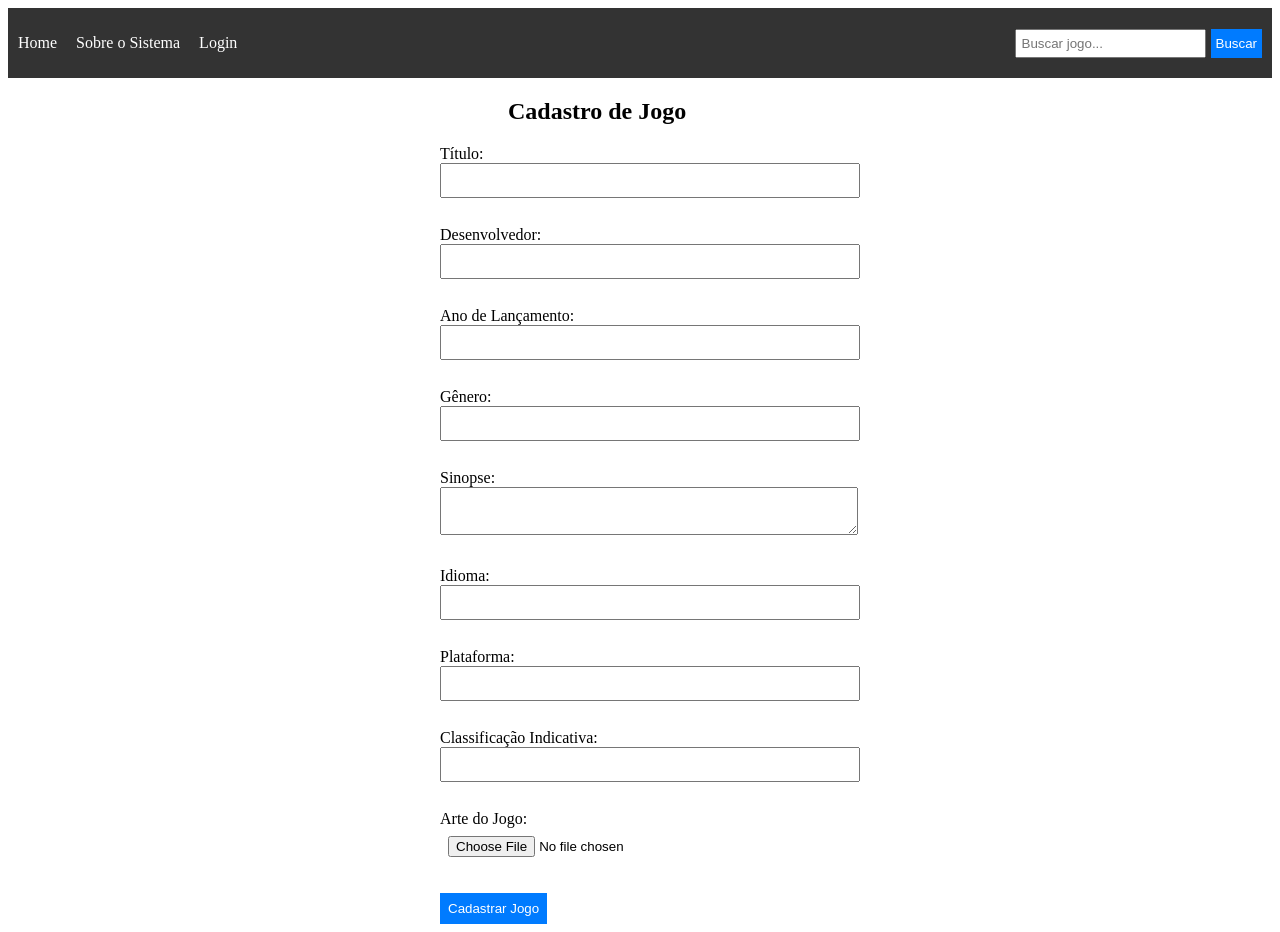
Repository: lucasparila/JogosEletronicos
Page: http://localhost/JogosEletronicos/view/cadastrar-jogo.jsp
An editor plug-in stored every save of this project. The page is shown before and after the next save, followed by the edit.
The browser window is 1280 px wide. The pictures show the whole page.
The page is served by Tomcat 9. Other server files are loaded and not shown.

Above is the page before, as saved 2025-05-16 22:49:01.

### JogosEletronicos/src/main/webapp/view/cadastrar-jogo.jsp
<%@ page contentType="text/html; charset=UTF-8" pageEncoding="UTF-8" %>
<!DOCTYPE html>
<html>
<head>
    <title>Cadastrar Jogo</title>
    <link rel="stylesheet" href="<%= request.getContextPath() %>/css/header.css">
    <link rel="stylesheet" href="<%= request.getContextPath() %>/css/cadastrar-jogo.css">
</head>
<body>

	<jsp:include page="header.jsp" />
    <h2 class="titulo-cadastro">Cadastro de Jogo</h2>
    <form class="form-cadastro" action="<%= request.getContextPath() %>/processarJogo" method="post" enctype="multipart/form-data">
        <label>Título:</label>
        <input type="text" name="titulo" required><br><br>

        <label>Desenvolvedor:</label>
        <input type="text" name="desenvolvedor" required><br><br>

        <label>Ano de Lançamento:</label>
        <input type="text" name="anoLancamento" required><br><br>

        <label>Gênero:</label>
        <input type="text" name="genero" required><br><br>

        <label>Sinopse:</label>
        <textarea name="sinopse" required></textarea><br><br>

        <label>Idioma:</label>
        <input type="text" name="idioma" required><br><br>

        <label>Plataforma:</label>
        <input type="text" name="plataforma" required><br><br>

        <label>Classificação Indicativa:</label>
        <input type="text" name="classificacaoIndicativa" required><br><br>

          <label>Arte do Jogo:</label>
        <input type="file" name="imagemJogo" accept="image/*" required><br><br>

        <input type="submit" value="Cadastrar Jogo">
    </form>


</body>

</html>

### JogosEletronicos/src/main/webapp/view/header.jsp
<%@ page contentType="text/html; charset=UTF-8" pageEncoding="UTF-8" %>
<%@ page import="javax.servlet.http.HttpServletRequest" %>
<!DOCTYPE html>
<html>
<head>
    <title>Header</title>
    <link rel="stylesheet" href="<%= request.getContextPath() %>/css/header.css">
</head>

<%
    String contextPath = ((HttpServletRequest) request).getContextPath();
%>

<header>
    <nav>
        <ul>
            <li><a href="<%= contextPath %>/index.jsp">Home</a></li>
            <li><a href="<%= contextPath %>/view/sobre-sistema.jsp">Sobre o Sistema</a></li>
            <li><a href="<%= contextPath %>/view/cadastrar-jogo.jsp">Login</a></li>
        </ul>
    </nav>

    <!-- Campo de busca -->
    <form action="<%= request.getContextPath() %>/buscar-jogo" method="post">
        <input type="text" name="titulo" placeholder="Buscar jogo..." required>
        <button type="submit">Buscar</button>
    </form>
</header>

</html>

### JogosEletronicos/src/main/webapp/css/header.css
header {
    background-color: #333;
    padding: 10px;
    display: flex;
    justify-content: space-between;
    align-items: center;
}
nav ul {
    list-style: none;
    padding: 0;
}
nav ul li {
    display: inline;
    margin-right: 15px;
}
nav ul li a {
    color: white;
    text-decoration: none;
}
form {
    display: flex;
}
input[type="text"] {
    padding: 5px;
    margin-right: 5px;
}
button {
    padding: 5px;
    background-color: #007bff;
    color: white;
    border: none;
    cursor: pointer;
}

### JogosEletronicos/src/main/webapp/css/cadastrar-jogo.css
.form-cadastro {
    display: block;
    max-width: 400px;
    margin: auto;
}

.titulo-cadastro{
	margin-left: 500px;
}

.form-cadastro input[type="text"],
.form-cadastro textarea,
.form-cadastro input[type="file"] {
    width: 100%;
    padding: 8px;
    margin-bottom: 10px;
}
.form-cadastro button,
.form-cadastro input[type="submit"] {
    padding: 8px;
    background-color: #007bff;
    color: white;
    border: none;
    cursor: pointer;
}

After the next save:
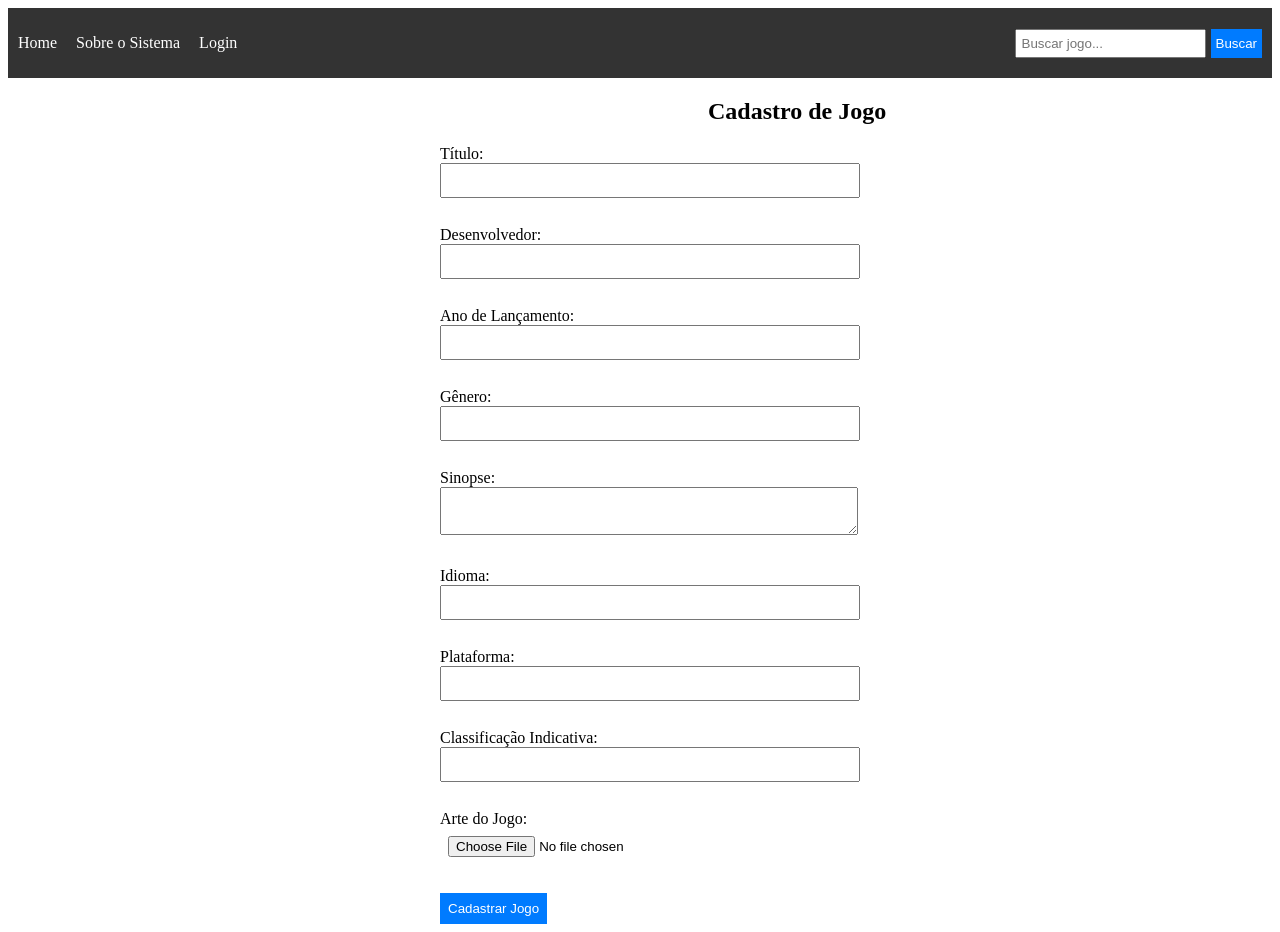
Saved 8 s later.
--- a/JogosEletronicos/src/main/webapp/css/cadastrar-jogo.css
+++ b/JogosEletronicos/src/main/webapp/css/cadastrar-jogo.css
@@ -5,7 +5,7 @@
 }
 
 .titulo-cadastro{
-	margin-left: 500px;
+	margin-left: 700px;
 }
 
 .form-cadastro input[type="text"],
